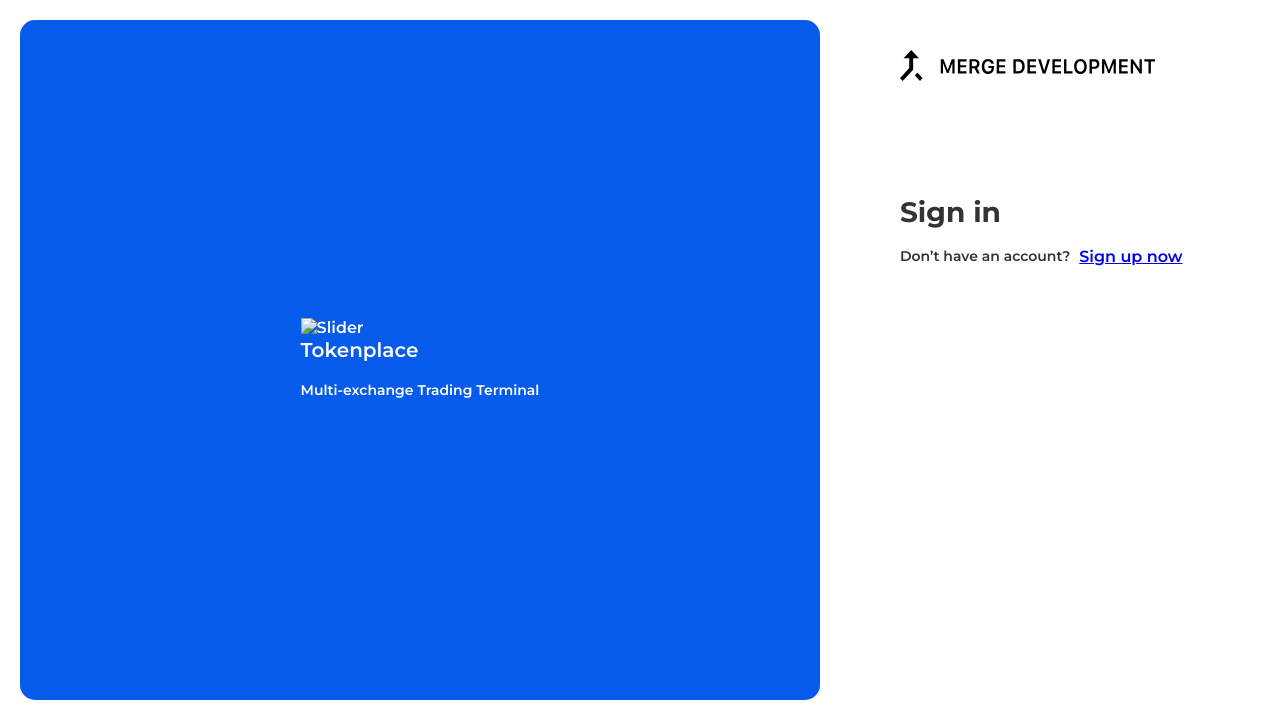
Repository: 13RedFox/form-project
Page: /
The author's editor kept a copy of each file at every save. The page is drawn from the files as they stood at one save, then again after the next save.
The browser window is 1280 px wide. The pictures show the whole page.
The project was rebuilt for these pictures with package versions that can differ from the ones it lists, and the page was loaded fresh each time.

Above is the page before, as saved 2021-08-04 18:05:37.

### public/index.html
<!DOCTYPE html>
<html lang="en">

<head>
  <meta charset="utf-8" />
  <link rel="icon" href="%PUBLIC_URL%/favicon.ico" />
  <meta name="viewport" content="width=device-width, initial-scale=1" />
  <meta name="theme-color" content="#000000" />
  <meta name="description" content="Web site created using create-react-app" />
  <link rel="apple-touch-icon" href="%PUBLIC_URL%/logo192.png" />
  <link rel="manifest" href="%PUBLIC_URL%/manifest.json" />

  <title>Form Project</title>
  <link rel="preconnect" href="https://fonts.googleapis.com">
  <link rel="preconnect" href="https://fonts.gstatic.com" crossorigin>
  <link href="https://fonts.googleapis.com/css2?family=Montserrat:wght@600;700&display=swap" rel="stylesheet">
</head>

<body>
  <noscript>You need to enable JavaScript to run this app.</noscript>
  <div id="root"></div>
</body>

</html>

### src/index.js
import React from 'react';
import ReactDOM from 'react-dom';
import './index.scss';
import App from './components/App/App';

ReactDOM.render(
  <React.StrictMode>
    <App />
  </React.StrictMode>,
  document.getElementById('root')
);

### src/index.scss
* {
  margin: 0;
  padding: 0;
  box-sizing: border-box;
  font-family: 'Montserrat', -apple-system, BlinkMacSystemFont, 'Segoe UI', 'Roboto', 'Oxygen',
    'Ubuntu', 'Cantarell', 'Fira Sans', 'Droid Sans', 'Helvetica Neue', sans-serif;
  -webkit-font-smoothing: antialiased;
  -moz-osx-font-smoothing: grayscale;
}

### src/components/App/App.jsx
import React from 'react';
import Form from '../Form/Form';
import Slider from '../Slider/Slider';

import styles from './App.module.scss';

function App() {
  return (
    <div className={styles.wrapper}>
      <Slider />
      <Form />
    </div>
  );
}

export default App;

### src/components/Form/Form.jsx
import styles from './Form.module.scss';
import { ReactComponent as LogoIcon } from '../../assets/logo.svg';

const Form = () => {
  return (
    <div className={styles.form}>
      <LogoIcon className={styles.icon} />
      <form action="#">
        <h1 className={styles.title}>Sign in</h1>
        <div className={styles.inner}>
          <p className={styles.text}>Don’t have an account?</p>
          <a href="#" className={styles.signUp}>
            Sign up now
          </a>
        </div>
      </form>
    </div>
  );
};

export default Form;

### src/components/Slider/Slider.jsx
import styles from './Slider.module.scss';

const Slider = () => {
  return (
    <div className={styles.slider}>
      <div className={styles.card}>
        <div className={styles.wrapperImg}>
          <img src="#" alt="Slider" />
        </div>
        <h2 className={styles.title}>Tokenplace</h2>
        <p className={styles.description}>Multi-exchange Trading Terminal</p>
      </div>
    </div>
  );
};

export default Slider;

### src/components/App/App.module.scss
.wrapper {
  max-width: 1440px;
  height: 100vh;
  display: flex;
  background-color: #fff;
  padding: 20px;
  margin: 0 auto;
}

### src/components/Form/Form.module.scss
.form {
  padding-top: 30px;
  color: #333333;
}

.icon {
  margin-bottom: 110px;
}

.title {
  font-weight: bold;
  font-size: 28px;
  line-height: 34px;
  margin-bottom: 15px;
}

.inner {
  display: flex;
  align-items: center;
}

.text {
  font-weight: 600;
  font-size: 14px;
  line-height: 24px;
}

.signUp {
  display: block;
  margin-left: 9px;
}

### src/components/Slider/Slider.module.scss
.slider {
  width: 800px;
  height: 100%;
  background: #065bea;
  border-radius: 15px;
  display: flex;
  justify-content: center;
  align-items: center;
  color: #fff;
  margin-right: 80px;
}

.title {
  font-weight: 600;
  font-size: 20px;
  line-height: 26px;
  margin-bottom: 15px;
}

.description {
  font-weight: 600;
  font-size: 14px;
  line-height: 24px;
}

After the next save:
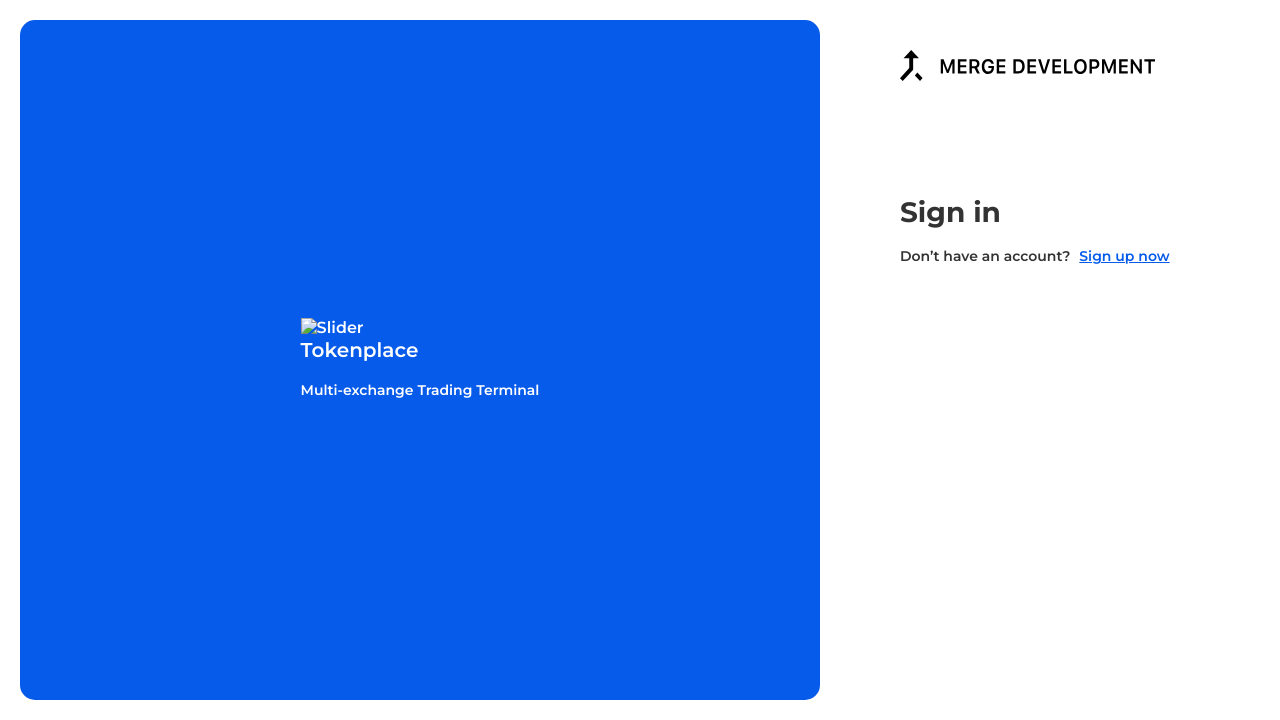
Saved 26 s later.
--- a/src/components/Form/Form.module.scss
+++ b/src/components/Form/Form.module.scss
@@ -27,5 +27,9 @@
 
 .signUp {
   display: block;
+  font-weight: 600;
+  font-size: 14px;
+  line-height: 24px;
+  color: #065bea;
   margin-left: 9px;
 }
